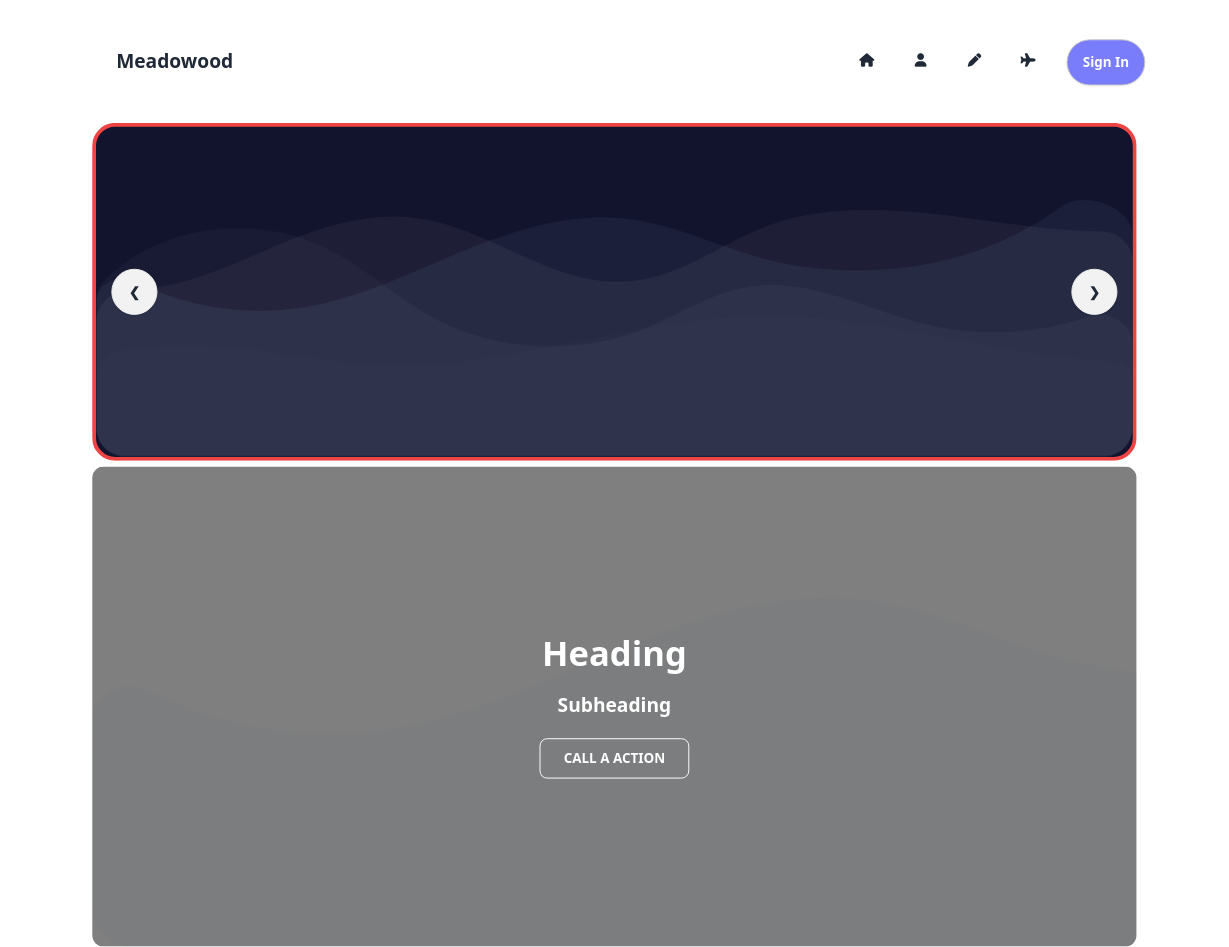
Repository: RudrasahaDibos/Meadowood-Forum
Page: index.html
The author's editor kept a copy of each file at every save. The page is drawn from the files as they stood at one save, then again after a run of saves.
The browser window is 1280 px wide. The pictures show the whole page, at 96% of full size.
Some web libraries are served in a nearby version.

Above is the page before, as saved 2024-11-24 12:21:36.

After the next 2 saves:
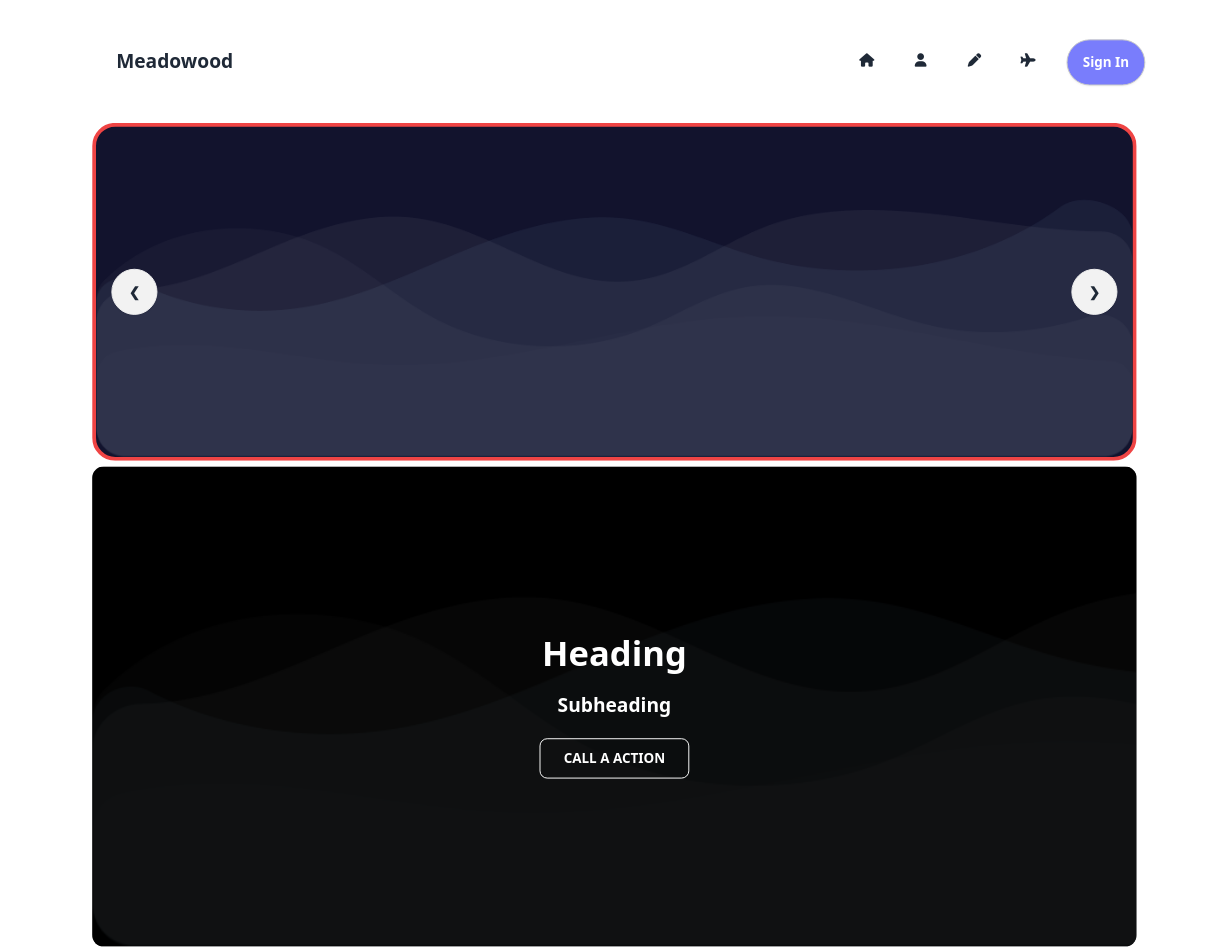
The 2 saves are shown as one change because they came seconds apart.
The last was saved 16 s later.
--- a/index.html
+++ b/index.html
@@ -86,7 +86,7 @@
              <!-- bannner end here  -->
 
 
-             <div class="w-full relative bg-no-repeat bg-cover h-[500px] z-0 rounded-xl overflow-hidden" style="background-image: url('/images/bgbanner.png');">
+             <div class="w-full relative bg-no-repeat bg-cover h-[500px] z-0 rounded-xl overflow-hidden bg-black" style="background-image: url('/images/bgbanner.png');">
                 <div class="relative top-0 left-0 w-full h-full z-10 bg-black/50 flex items-center justify-center flex-col gap-5 ">
                 <h2 class="text-4xl font-bold font-manrope text-white">Heading</h2>
                 <h6 class="text-xl font-bold font-manrope text-white">Subheading</h6>
